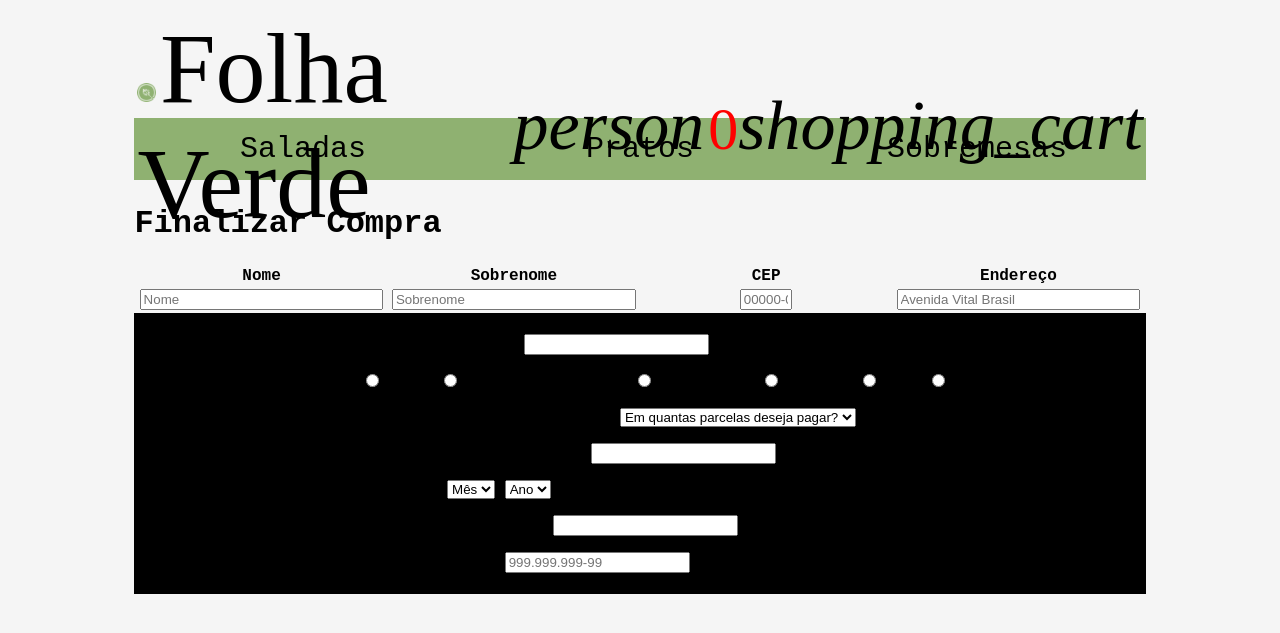
Repository: maaelphd/FolhaVerde
Page: http://localhost/FolhaVerde/Payment.jsp
These files come from the project's save history. The page is drawn as it stood at one moment and after the next save; the edit follows.
The browser window is 1280 px wide. The pictures show the whole page.
Some web fonts or font styles are not loaded; a fallback is used. The page is served by Tomcat 9.

Above is the page before, as saved 2018-06-04 02:29:00.

After the next save:
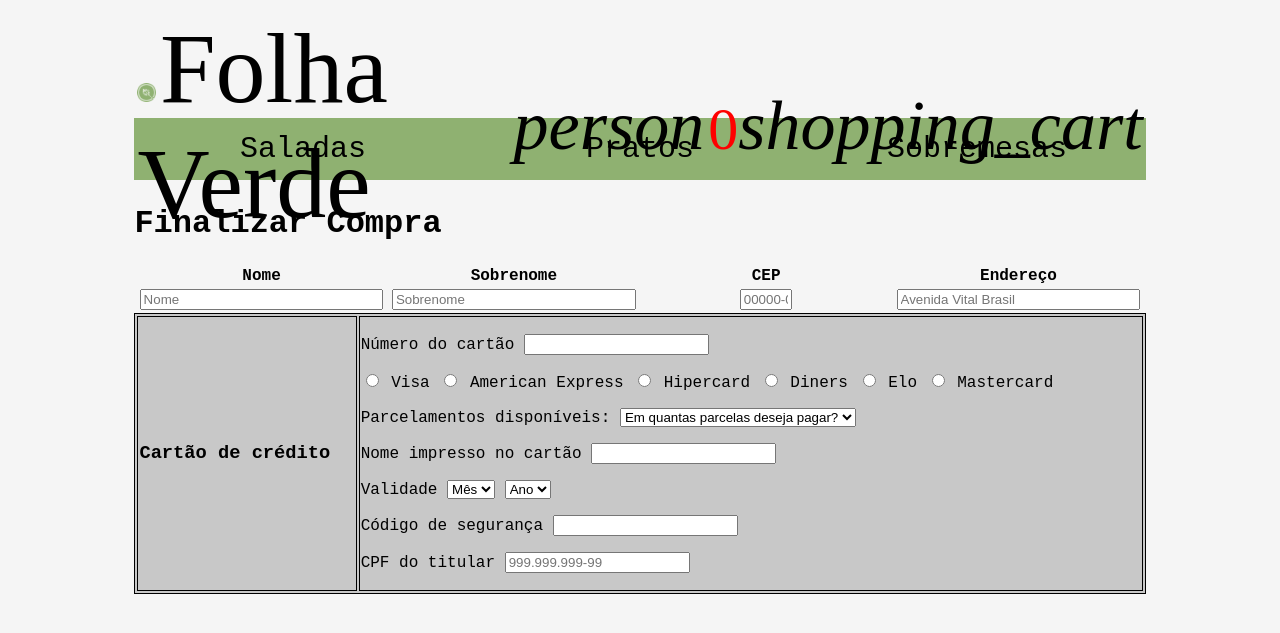
Saved 9 s later.
--- a/FolhaVerde/WebContent/CSS/Payment.css
+++ b/FolhaVerde/WebContent/CSS/Payment.css
@@ -39,7 +39,7 @@ body {
 }
 
 .PaymentsChoiceTable {
-	background-color: #000;
+	background-color: #c8c8c8;
 }
 
 .PaymentsChoiceTable,
